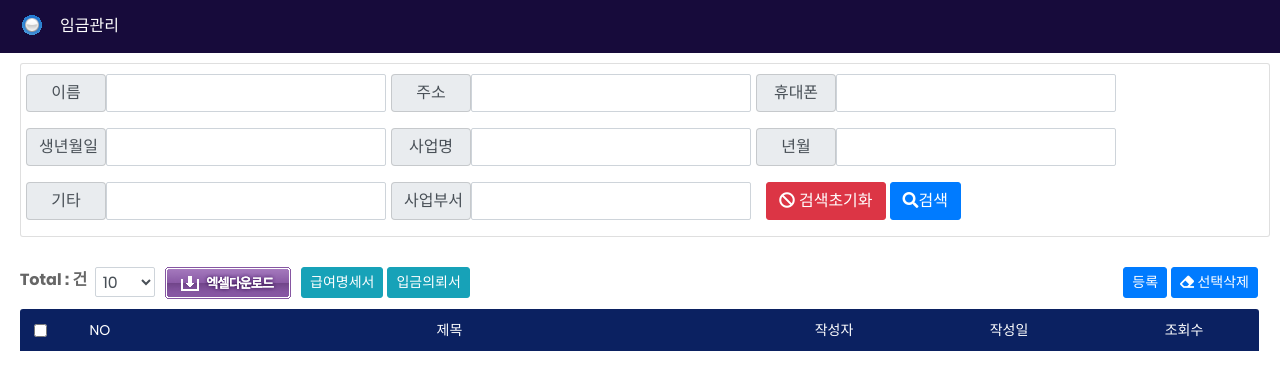
Repository: kimnamgu/GangNamGu
Page: http://localhost/manpower/WEB-INF/jsp/manage/paymentMng.jsp
The author's editor kept a copy of each file at every save. The page is drawn from the files as they stood at one save, then again after the next save.
The browser window is 1280 px wide. The pictures show the whole page.
The page is served by Tomcat 9. Nobody is signed in. The template is opened directly, without the code that normally fills it, so the values that code supplies are empty.

Above is the page before, as saved 2020-11-04 01:58:09.
Console error: TypeError: Cannot read properties of undefined (reading 'replace')

After the next save:
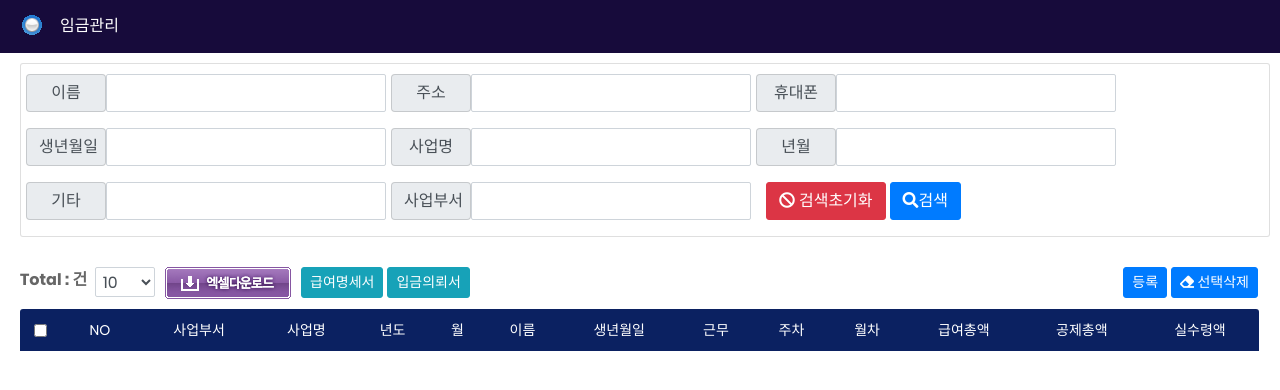
Saved 15 min 21 s later.
--- a/manpower/src/main/webapp/WEB-INF/jsp/manage/paymentMng.jsp
+++ b/manpower/src/main/webapp/WEB-INF/jsp/manage/paymentMng.jsp
@@ -443,10 +443,18 @@
 			        <tr align="center">
 			        		<th style="width: 40px;"><input type="checkbox" name="_selected_all_"></th>
 							<th style="width: 80px;">NO</th>
-							<th>제목</th>
-							<th style="width: 150px;">작성자</th>
-							<th style="width: 200px;">작성일</th>
-							<th style="width: 150px;">조회수</th>
+							<th>사업부서</th>
+							<th>사업명</th>
+							<th>년도</th>
+							<th>월</th>
+							<th>이름</th>
+							<th>생년월일</th>
+							<th>근무</th>
+							<th>주차</th>
+							<th>월차</th>
+							<th>급여총액</th>
+							<th>공제총액</th>
+							<th>실수령액</th>
 						</tr>
 			      </thead>
 			      <tbody id='mytable'>
